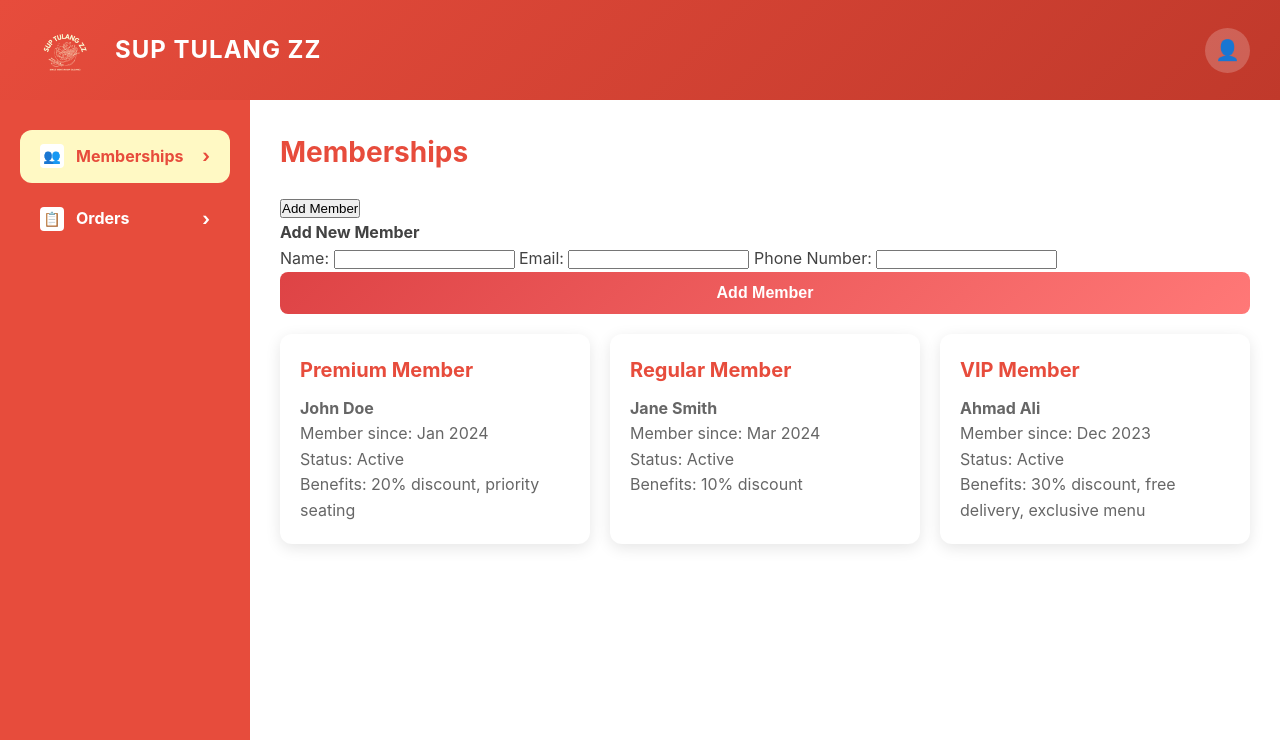
Repository: YIsheng2002/web-frontend
Page: view/Staff/dashboardstaff.html
An editor plug-in stored every save of this project. The page is shown before and after the next save, followed by the edit.
The browser window is 1280 px wide. The pictures show the whole page.

Above is the page before, as saved 2025-06-12 15:26:10.

After the next save:
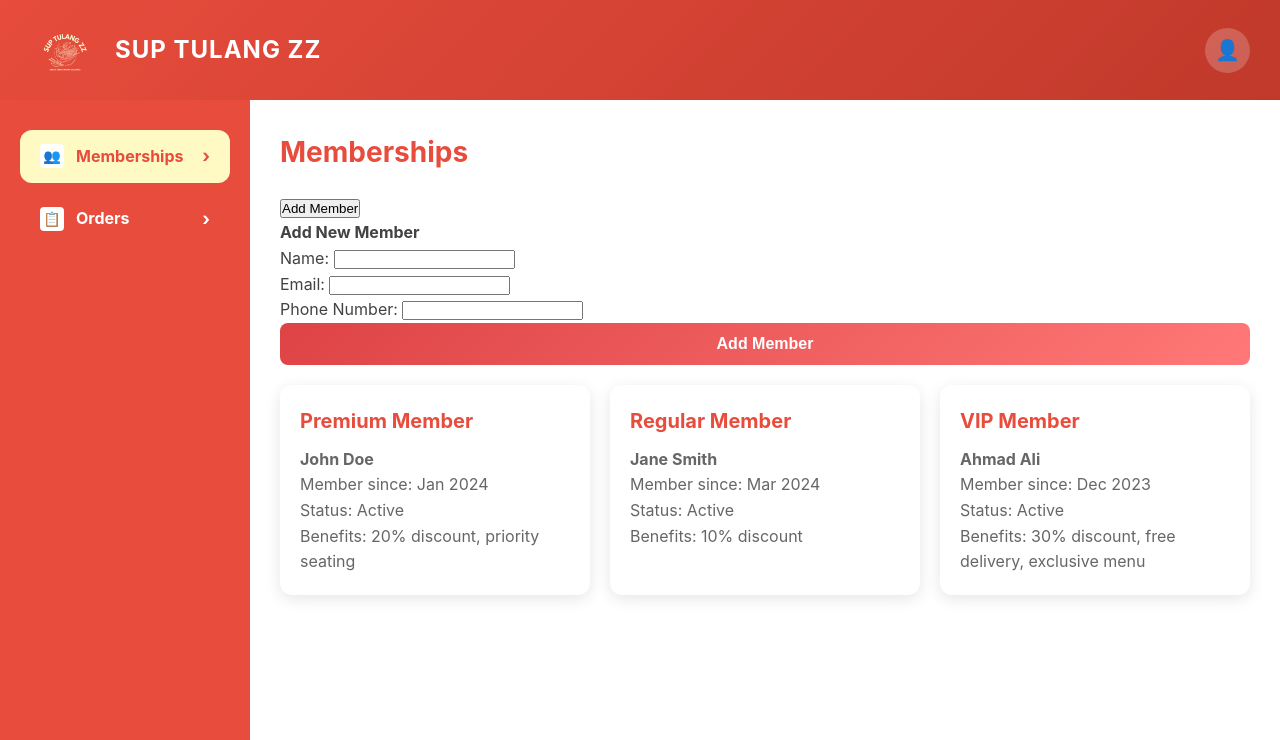
Saved 4 min 5 s later.
--- a/view/Staff/dashboardstaff.html
+++ b/view/Staff/dashboardstaff.html
@@ -72,14 +72,20 @@
             <div id="membershipForm" class="membership-form hidden">
                 <h4>Add New Member</h4>
                 <form id="addMemberForm">
-                    <label for="memberName">Name:</label>
-                    <input type="text" id="memberName" name="memberName" required>
+                    <div class="form-group">
+                        <label for="memberName">Name:</label>
+                        <input type="text" id="memberName" name="memberName" required>
+                    </div>
 
-                    <label for="memberEmail">Email:</label>
-                    <input type="email" id="memberEmail" name="memberEmail" required>
+                    <div class="form-group">
+                        <label for="memberEmail">Email:</label>
+                        <input type="email" id="memberEmail" name="memberEmail" required>
+                    </div>
 
-                    <label for="memberphonenumber">Phone Number:</label>
-                    <input type="phone number" id="memberphonenumber" name="memberphonenumber" required>
+                    <div class="form-group">
+                        <label for="memberphonenumber">Phone Number:</label>
+                        <input type="phone number" id="memberphonenumber" name="memberphonenumber" required>
+                    </div>
 
                     <button type="submit" class="btn-primary">Add Member</button>
                 </form>
